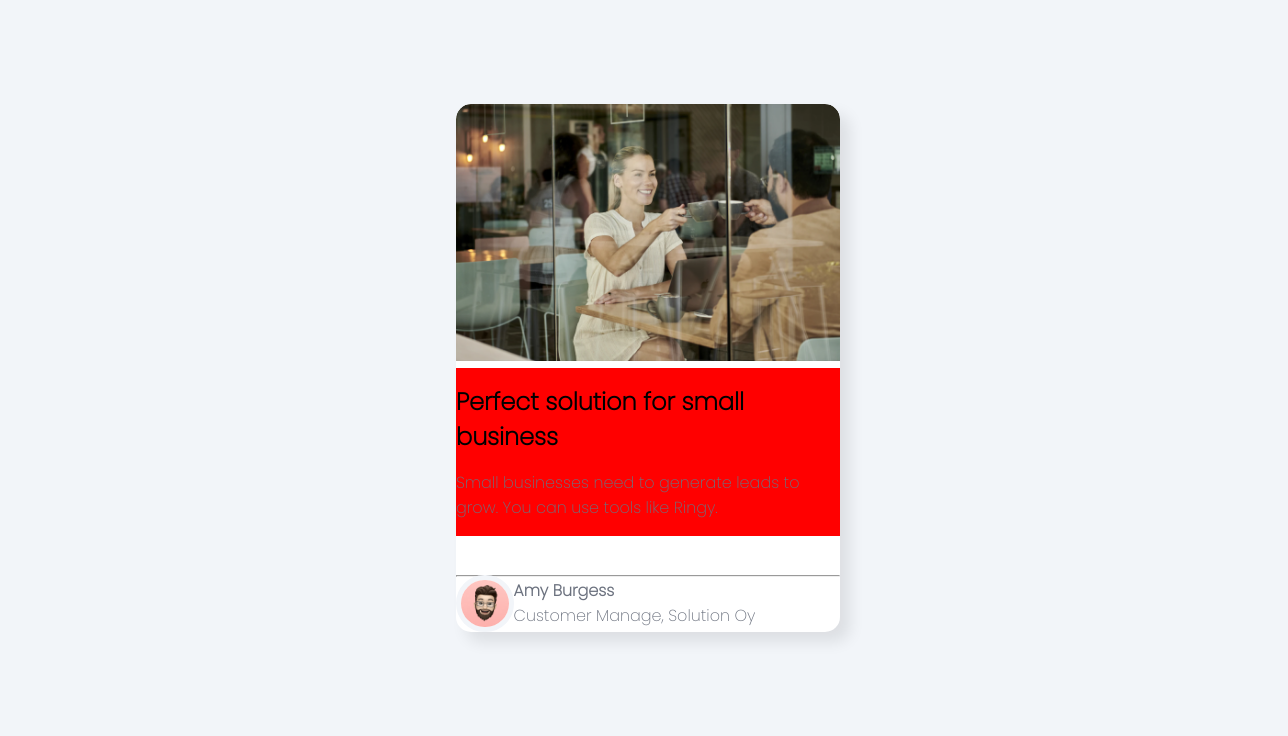
Repository: massndongo/business-blog-card
Page: index.html
These files come from the project's save history. The page is drawn as it stood at one moment and after a run of saves; the edit follows.
The browser window is 1280 px wide. The page is 1288 px wide, so the pictures cover 1288 px, including what lies to the right of the window. The pictures show the whole page.

Above is the page before, as saved 2023-11-08 05:17:14.

After the next 2 saves:
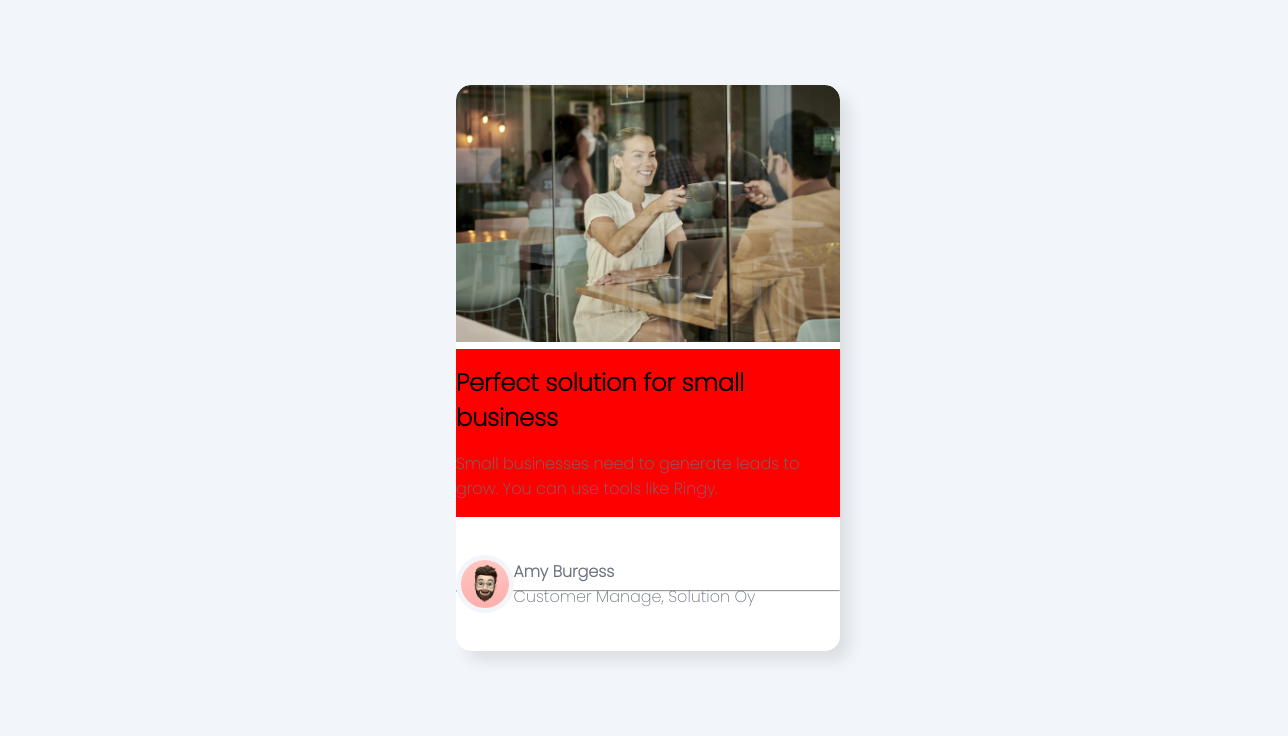
The 2 saves are shown as one change because they came seconds apart.
The last was saved 14 s later.
--- a/css/styles.css
+++ b/css/styles.css
@@ -46,6 +46,7 @@ body {
 .card-footer{
     display: flex;
     margin-top: 10%;
+    margin-bottom: 10%;
 
     align-items: center;
     position: relative;
